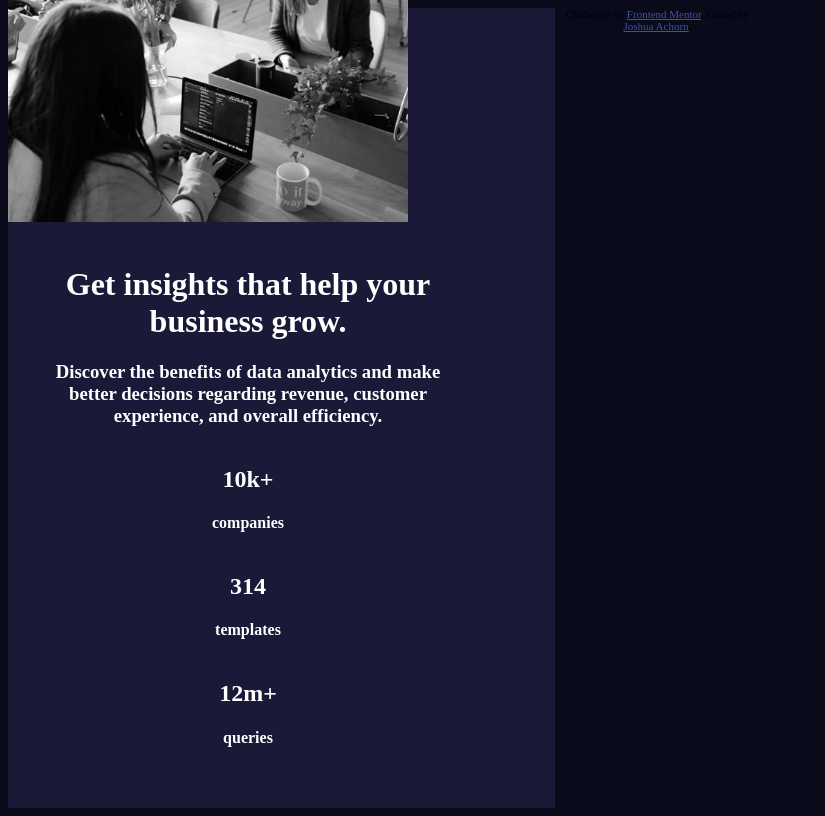
Repository: Achorn/stats-preview-card
Page: index.html
An editor plug-in stored every save of this project. The page is shown before and after the next save, followed by the edit.
The browser window is 768 px wide. The page is 768 px wide, then 825 px, so the pictures cover 825 px, including what lies to the right of the window. The pictures show the whole page.

Above is the page before, as saved 2021-06-16 17:02:59.

After the next save:
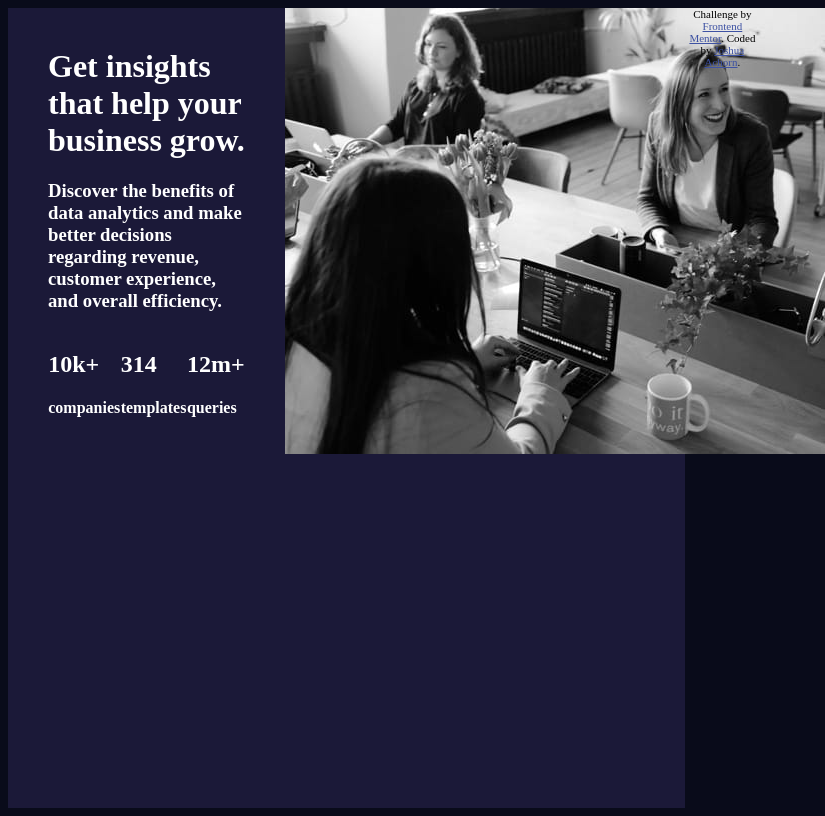
Saved 61 s later.
--- a/styles.css
+++ b/styles.css
@@ -3,24 +3,6 @@ body {
   height: 100vh;
   display: flex;
   justify-content: center;
-}
-
-@media screen and (max-width: 950px) {
-  #card-container {
-    max-width: 400px;
-    flex-direction: column-reverse;
-  }
-  #text-container {
-    text-align: center;
-  }
-  #desc-container {
-    flex-direction: column;
-  }
-  #stat-image {
-    max-width: 100%;
-    height: auto;
-    overflow: hidden;
-  }
 }
 
 #card-container {
